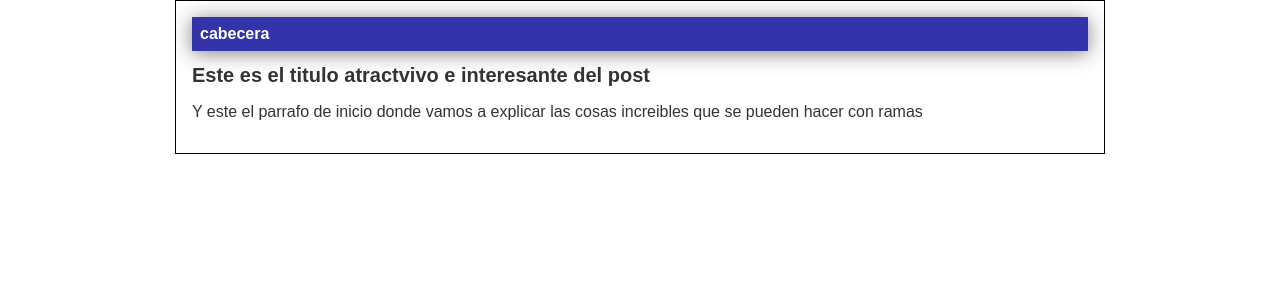
Repository: Areinomora/hiperblog
Page: blogpost.html
The author's editor kept a copy of each file at every save. The page is drawn from the files as they stood at one save, then again after the next save.
The browser window is 1280 px wide. The pictures show the whole page.

Above is the page before, as saved 2022-12-22 09:25:01.

After the next save:
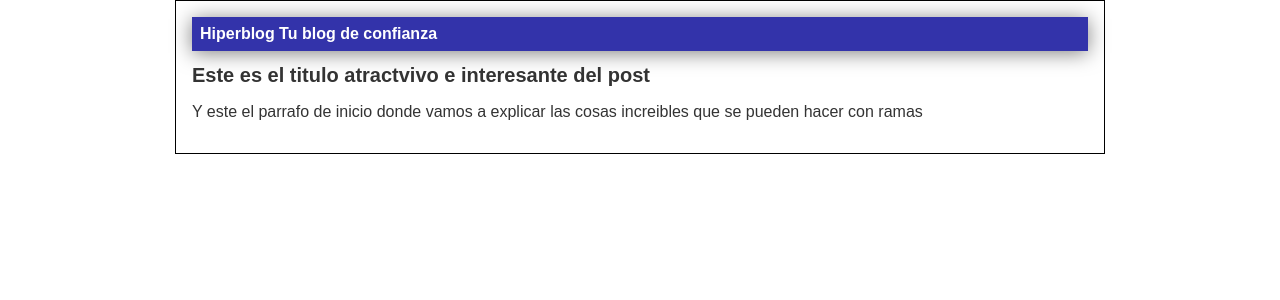
Saved 3 s later.
--- a/blogpost.html
+++ b/blogpost.html
@@ -10,7 +10,8 @@
     <body>
         <div id="container">
             <div id="cabecera">
-                cabecera
+                Hiperblog
+                <span id="tagline"> Tu blog de confianza</span>
             </div>
             <div id="post">
                 <h1>Este es el titulo atractvivo e interesante del post</h1>
